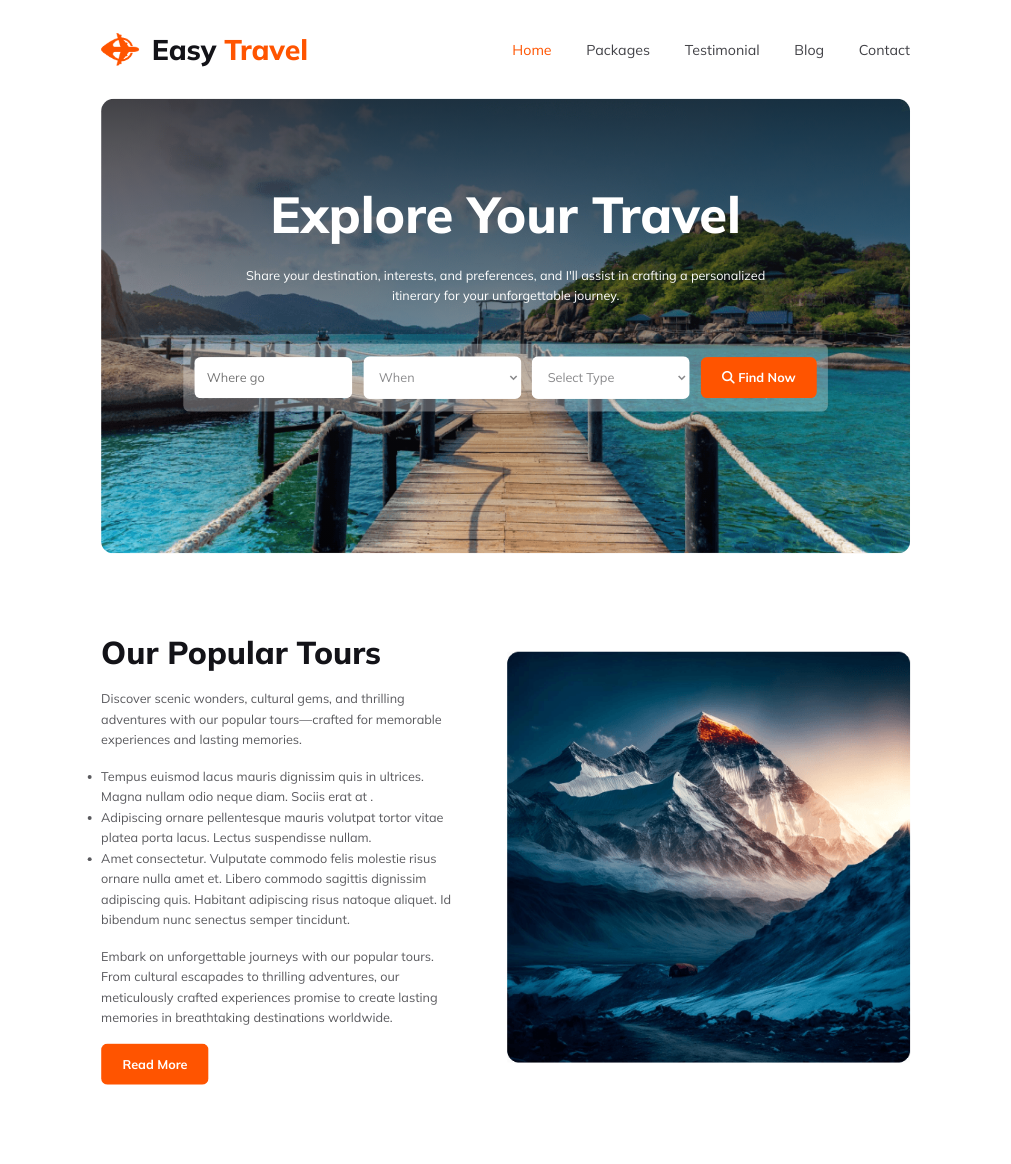
Repository: ShouravAhammed/Assignment-2
Page: index.html
An editor plug-in stored every save of this project. The page is shown before and after the next save, followed by the edit.
The browser window is 1280 px wide. The pictures show the whole page, at 79% of full size.
Some web libraries are served in a nearby version.

Above is the page before, as saved 2024-01-16 04:55:56.

After the next save:
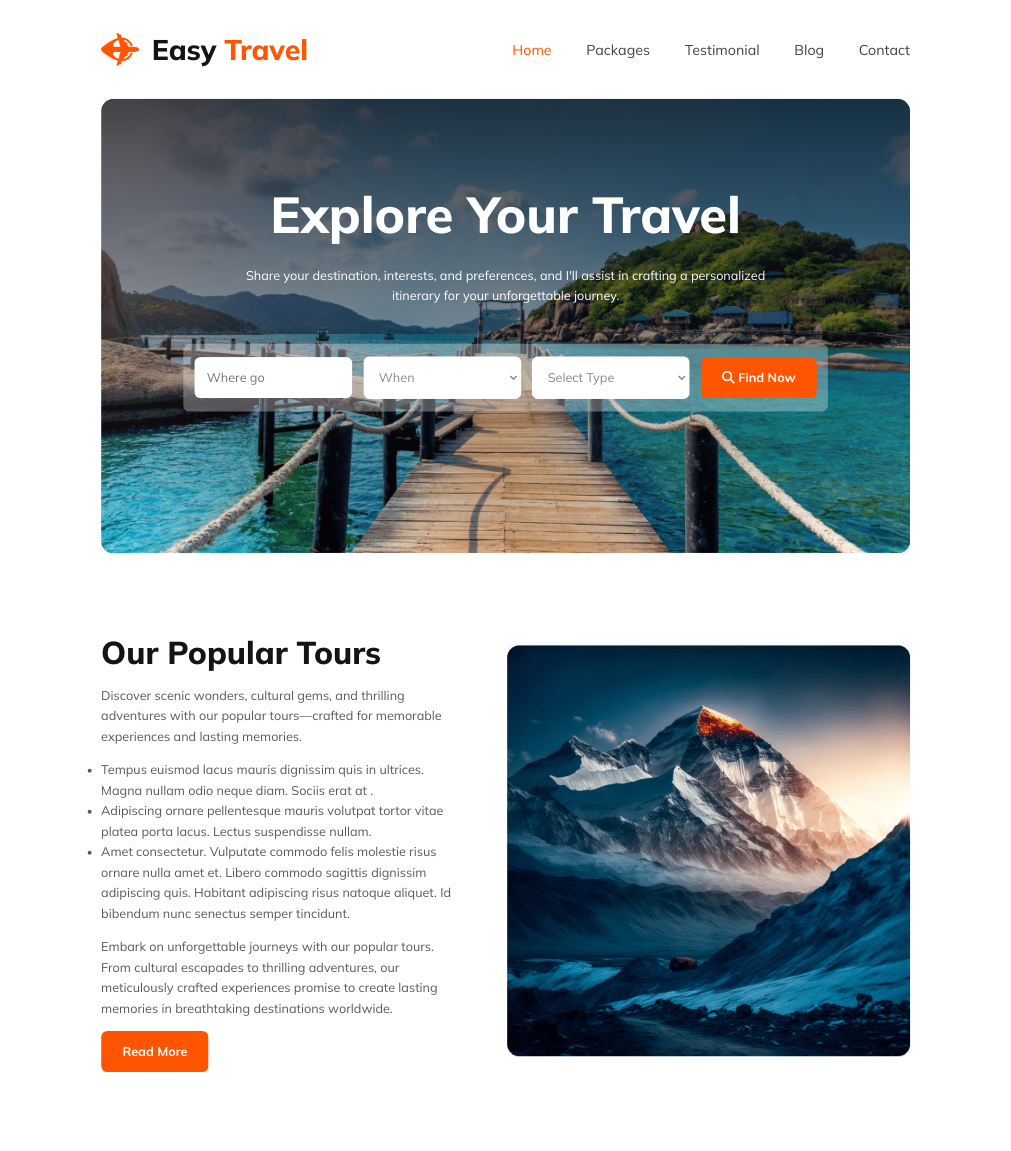
Saved 13 s later.
--- a/styles/style.css
+++ b/styles/style.css
@@ -187,7 +187,7 @@
     font-size: 1rem;
     font-weight: 400;
     line-height: 26px;
-    margin: 20px 0;
+    margin: 16px 0;
 }
 .tour-list > li{
     color: rgba(19, 19, 24, 0.70);
